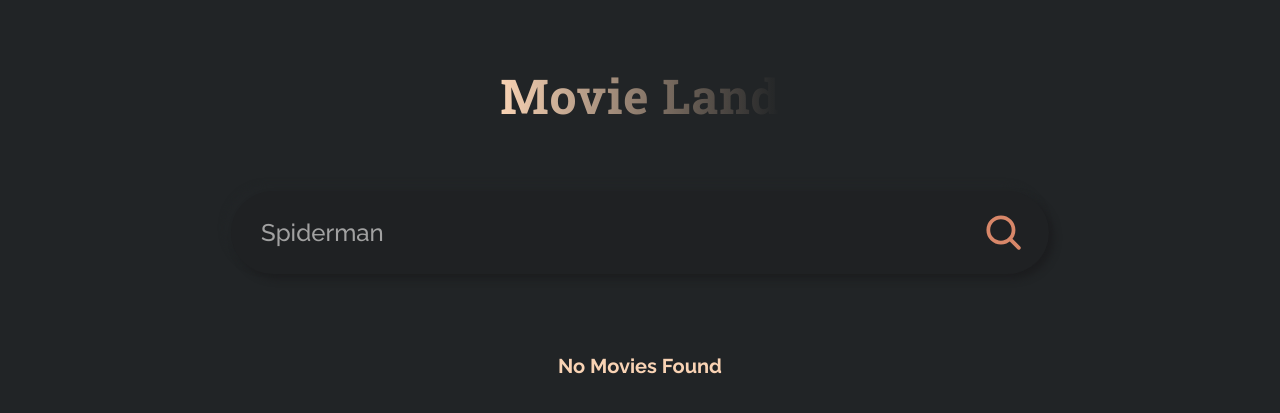
Repository: chinmaybirajdar281999/React_Movie_App
Page: /
The author's editor kept a copy of each file at every save. The page is drawn from the files as they stood at one save, then again after the next save.
The browser window is 1280 px wide. The pictures show the whole page.
The page's requests for data from a server got no answer. The project was rebuilt for these pictures with package versions that can differ from the ones it lists, and the page was loaded fresh each time. No one was signed in, and anything a server would have sent is missing. Also part of the build but not shown: src/MovieCart.jsx.

Above is the page before, as saved 2022-10-25 13:11:43.

### src/App.js
import React, { useEffect, useState } from 'react';
import './App.css';
import SearchIcon from './search.svg';
import MovieCart from './MovieCart';

const API_URL = 'http://www.omdbapi.com?apikey=9e9ab2a6';

// const Movie = {
//   "Title": "Superman, Spiderman or Batman",
//   "Year": "2011",
//   "imdbID": "tt2084949",
//   "Type": "movie",
//   "Poster": "https://m.media-amazon.com/images/M/MV5BMjQ4MzcxNDU3N15BMl5BanBnXkFtZTgwOTE1MzMxNzE@._V1_SX300.jpg"
// }

const App = () => {

  const [movies, setMovies] = useState([]);

  const searchMovies = async (title) => {
    const response = await fetch(`${API_URL}&s=${title}`);
    const data = await response.json();

    setMovies(data.Search);
  }

  useEffect(() => {
    searchMovies('Spiderman')
  }, [])

  return (
    <div className="app">
      <h1>Movie Land</h1>

      <div className="search">
        <input
          placeholder="Search for Movies"
          value="Spiderman"
          onChange = {() => {}}
        />
        <img
          src={SearchIcon}
          alt="search"
          onClick={() => {}}
        />
      </div>

      {
        movies.length > 0 ?
          (
            <div className="container">
              {
                movies.map((movie) =>
                <MovieCart Movie={movie} />
                )
              }
            </div>
          ) :
          (
            <div className="empty">
              <h2> No Movies Found </h2>
            </div>
          )
      }


    </div>
  );
}

export default App;

Loaded but not shown: public/index.html (common file); src/index.js (common file); src/App.css (common file)

After the next save:
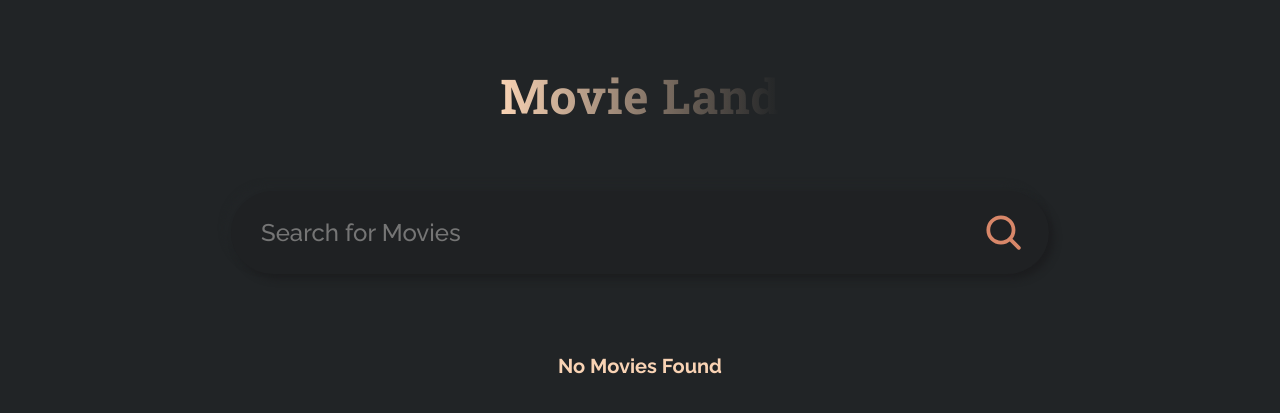
Saved 9 min 49 s later.
--- a/src/App.js
+++ b/src/App.js
@@ -5,17 +5,10 @@
 
 const API_URL = 'http://www.omdbapi.com?apikey=9e9ab2a6';
 
-// const Movie = {
-//   "Title": "Superman, Spiderman or Batman",
-//   "Year": "2011",
-//   "imdbID": "tt2084949",
-//   "Type": "movie",
-//   "Poster": "https://m.media-amazon.com/images/M/MV5BMjQ4MzcxNDU3N15BMl5BanBnXkFtZTgwOTE1MzMxNzE@._V1_SX300.jpg"
-// }
-
 const App = () => {
 
   const [movies, setMovies] = useState([]);
+  const [searchTerm, setSearchTerm] = useState('');
 
   const searchMovies = async (title) => {
     const response = await fetch(`${API_URL}&s=${title}`);
@@ -35,13 +28,13 @@
       <div className="search">
         <input
           placeholder="Search for Movies"
-          value="Spiderman"
-          onChange = {() => {}}
+          value={searchTerm}
+          onChange = {(event) => {setSearchTerm(event.target.value)}}
         />
         <img
           src={SearchIcon}
           alt="search"
-          onClick={() => {}}
+          onClick={() => searchMovies(searchTerm)}
         />
       </div>
 
